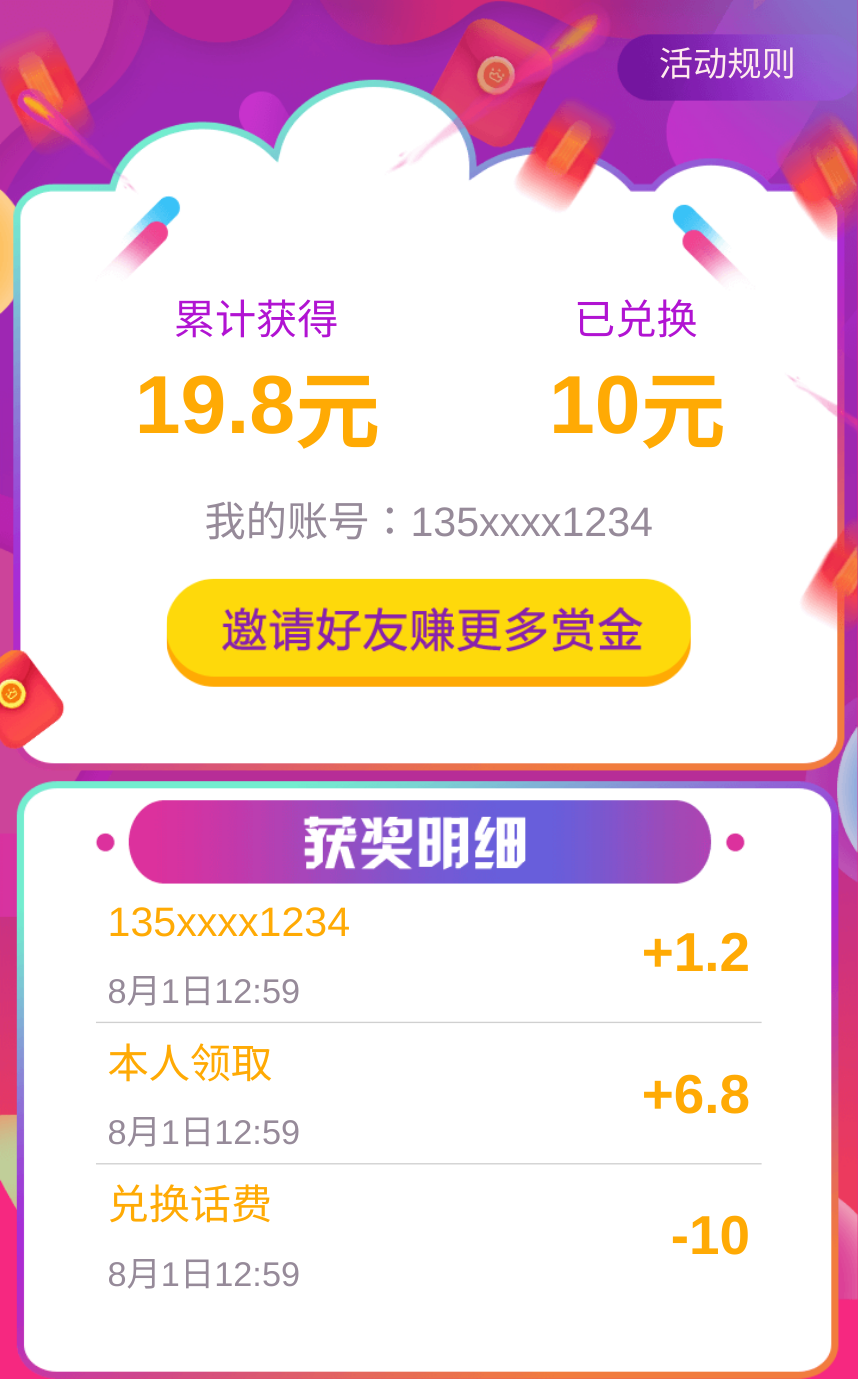
Repository: wangbiaozy/hb
Page: index_hjmx.html
These files come from the project's save history. The page is drawn as it stood at one moment and after the next save; the edit follows.
The browser window is 1280 px wide. The pictures show the whole page, at 67% of full size.

Above is the page before, as saved 2018-08-16 11:14:06.

### index_hjmx.html
<!DOCTYPE html>
<html lang="en">
<head>
    <meta charset="UTF-8">
    <meta name="viewport" content="width=device-width, initial-scale=1.0, maximum-scale=1.0, minimum-scale=1.0, user-scalable=no, viewport-fit=cover">
    <meta http-equiv="X-UA-Compatible" content="ie=edge">
    <title>Document</title>
    <link rel="stylesheet" href="css/reset.min.css">
    <link rel="stylesheet/less" href="css/styles_1.less">
    <script src="js/less-1.7.0.min.js"></script>
</head>
<body>
    <section class="main">
        <a id="rule_btn" href="javascript:void(0)">活动规则</a>
        <!-- 获奖明细页 -->
        <div class="detail">
            <div>
                <ul>
                    <li>累计获得</li>
                    <li><span>19.8</span>元</li>
                </ul>
                <ul>
                    <li>已兑换</li>
                    <li><span>10</span>元</li>
                </ul>
            </div>
            <p>我的账号：<span>135xxxx1234</span></p>
            <a href="javascript:void(0)"></a>
            <ul>
                <li>
                    <p>135xxxx1234</p>
                    <p><span>8月1日</span><span>12:59</span></p>
                    <h3>+1.2</h3>
                </li>
                <li>
                    <p>本人领取</p>
                    <p><span>8月1日</span><span>12:59</span></p>
                    <h3>+6.8</h3>
                </li>
                <li>
                    <p>兑换话费</p>
                    <p><span>8月1日</span><span>12:59</span></p>
                    <h3>-10</h3>
                </li>
            </ul>
        </div>
    </section>

    <!-- 活动规则弹窗 -->
    <section class="rule">
        <a href="javascript:void(0)"></a>
        <ul>
            <li>1.活动期间，用户通过10086App开屏页，首页轮播图进入活动，领取10元的话费红包。自己可拆开随机金，剩余金额需分享并邀请好友帮忙拆开，每位可帮忙拆开随机金额，全部拆完即可兑换话费。</li>
            <li>2.邀请拆  红包的好友需为新注册10086App的用户，好友在活动页面输入邀请人的邀请码才能成功帮好友拆开红包，好友帮助拆开红包后同时可获得一个话费红包。</li>
            <li>3.用户需在当前红包全部拆完后，才可开启下一个红包。</li>
            <li>4.活动期间一经发现违规等恶意操作等作弊行为将取消获奖资格。</li>
            <li>5.活动期间，用户需持续下载并的登陆110086App，否则话费奖品无法发放。</li>
        </ul>
        <a href="javascript:void(0)"></a>
    </section>
    <!-- 遮罩层 -->
    <section class="mask" id="mask"></section>
</body>
</html>
<script src="js/jquery-1.10.1.min.js"></script>
<script src="js/index.js"></script>

### css/reset.min.css
@charset "utf-8";
/*默认样式清除和初始化*/
body,h1,h2,h3,h4,h5,h6,hr,p,blockquote,dl,dt,dd,ul,ol,li,button,input,textarea,th,td{margin:0;padding:0}body{font-size:12px;font-style:normal;font-family:"\5FAE\8F6F\96C5\9ED1",Helvetica,sans-serif}small{font-size:12px}h1{font-size:18px}h2{font-size:16px}h3{font-size:14px}h4,h5,h6{font-size:100%}ul,ol{list-style:none}a{text-decoration:none;background-color:transparent}a:hover,a:active{outline-width:0;text-decoration:none}table{border-collapse:collapse;border-spacing:0}hr{border:0;height:1px}img{border-style:none}img:not([src]){display:none}svg:not(:root){overflow:hidden}html{-webkit-touch-callout:none;-webkit-text-size-adjust:100%}input,textarea,button,a{-webkit-tap-highlight-color:rgba(0,0,0,0)}article,aside,details,figcaption,figure,footer,header,main,menu,nav,section,summary{display:block}audio,canvas,progress,video{display:inline-block}audio:not([controls]),video:not([controls]){display:none;height:0}progress{vertical-align:baseline}mark{background-color:#ff0;color:#000}sub,sup{position:relative;font-size:75%;line-height:0;vertical-align:baseline}sub{bottom:-0.25em}sup{top:-0.5em}button,input,select,textarea{font-size:100%;outline:0}button,input{overflow:visible}button,select{text-transform:none}textarea{overflow:auto}button,html [type="button"],[type="reset"],[type="submit"]{-webkit-appearance:button}button::-moz-focus-inner,[type="button"]::-moz-focus-inner,[type="reset"]::-moz-focus-inner,[type="submit"]::-moz-focus-inner{border-style:none;padding:0}button:-moz-focusring,[type="button"]:-moz-focusring,[type="reset"]:-moz-focusring,[type="submit"]:-moz-focusring{outline:1px dotted ButtonText}[type="checkbox"],[type="radio"]{box-sizing:border-box;padding:0}[type="number"]::-webkit-inner-spin-button,[type="number"]::-webkit-outer-spin-button{height:auto}[type="search"]{-webkit-appearance:textfield;outline-offset:-2px}[type="search"]::-webkit-search-cancel-button,[type="search"]::-webkit-search-decoration{-webkit-appearance:none}::-webkit-input-placeholder{color:inherit;opacity:.54}::-webkit-file-upload-button{-webkit-appearance:button;font:inherit}.clear:after{display:block;height:0;content:"";clear:both}
*{ -webkit-tap-highlight-color: rgba(0,0,0,0);-webkit-tap-highlight-color: transparent; /* For some Androids */ }

### js/index.js
(function (doc, win) {
    var docEl = doc.documentElement,
        resizeEvt = 'orientationchange' in window ? 'orientationchange' : 'resize',
        recalc = function () {
            var clientWidth = docEl.clientWidth;
            if (!clientWidth) return;
            docEl.style.fontSize = 100 * (clientWidth / 750) + 'px';
        };
    if (!doc.addEventListener) return;
    win.addEventListener(resizeEvt, recalc, false);
    doc.addEventListener('DOMContentLoaded', recalc, false);
})(document, window);
$(function () {

    //显示非中奖页背景
    function showFirstPageBg(){
        $('.main').removeClass('result');
    }
    //显示中奖页背景
    function showResultPageBg(){
        $('.main').addClass('result');
    }
    //显示活动规则弹窗
    $('#rule_btn').on('click',function(){
        $('.rule').show();
        showMask();
    });
    //关闭活动规则弹窗
    function hideRuleModel(){
        $('.rule').hide();
        hideMask();
    }
    $('.rule').on('click','a',function(){
        hideRuleModel();
    });
    //首页赚钱攻略按钮
    $('#gl_btn').on('click',function(){
        $('.gl').show();
        showMask();
    })
    //首页抽红包按钮
    $('#cj').on('click',function(){
        //奖品金额随机数
        var num = (Math.random()*9+1).toFixed(2);
        $('#moneyText').text(num);
        $('.result').show();
        $('.f_page').hide();
        showResultPageBg();
    });

    //显示弹窗
    function showModel(){
        $('.model').show();
        showMask();
    }

    //关闭弹窗
    $('.close').on('click',function(){
        $(this).parent().parent().hide();
        hideMask();
    });
    //显示遮罩层
    function showMask(){
        $("#mask").css("height",$(document).height());
        $("#mask").css("width",$(document).width());
        $("#mask").show();
        $('body').css('position','fixed');
    }
    //隐藏遮罩层
    function hideMask(){
        $("#mask").hide();
        $('body').css('position','unset');
    }
});

Loaded but not shown: js/less-1.7.0.min.js (library); js/jquery-1.10.1.min.js (library)

After the next save:
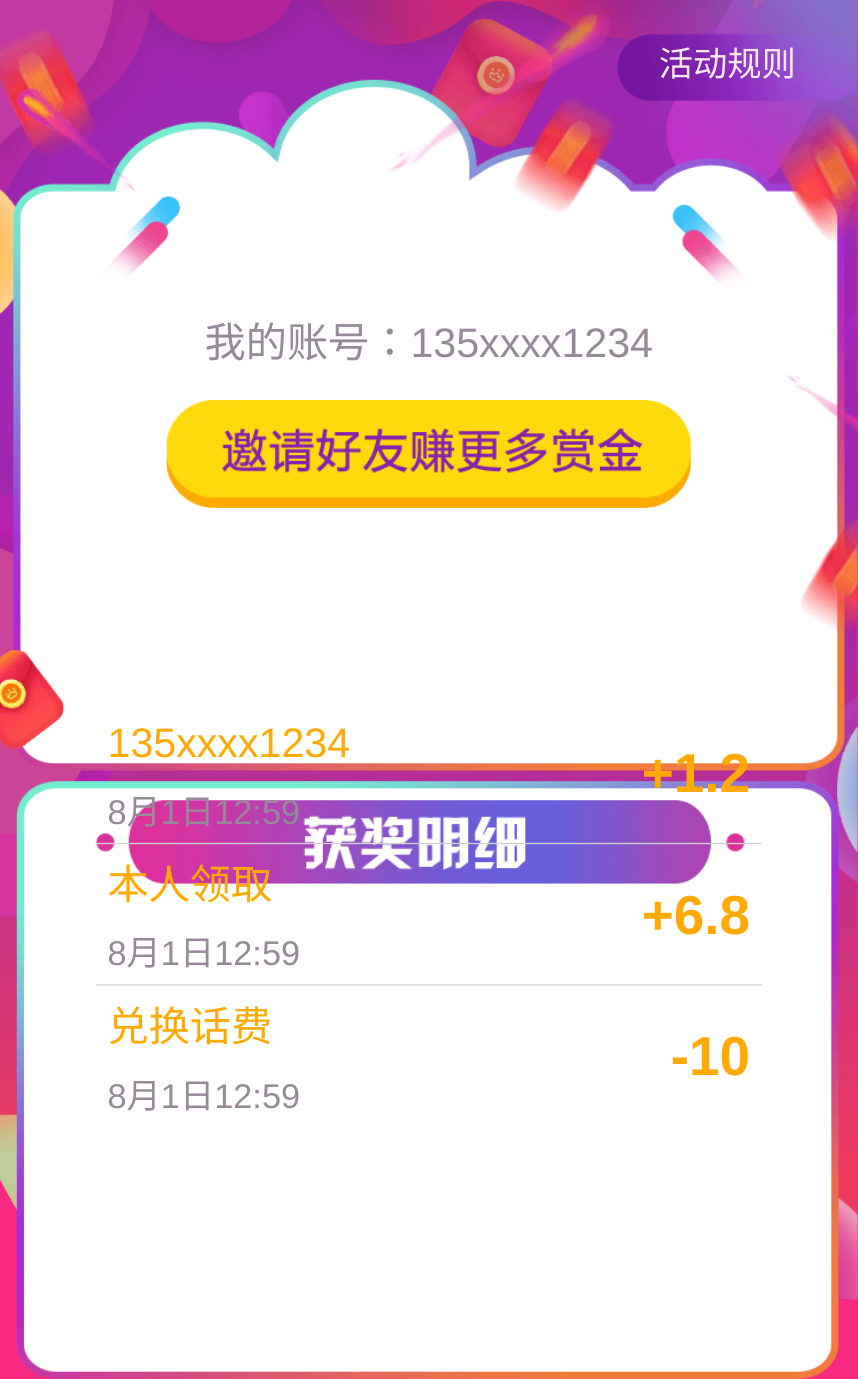
Saved 47 s later.
--- a/index_hjmx.html
+++ b/index_hjmx.html
@@ -14,16 +14,6 @@
         <a id="rule_btn" href="javascript:void(0)">活动规则</a>
         <!-- 获奖明细页 -->
         <div class="detail">
-            <div>
-                <ul>
-                    <li>累计获得</li>
-                    <li><span>19.8</span>元</li>
-                </ul>
-                <ul>
-                    <li>已兑换</li>
-                    <li><span>10</span>元</li>
-                </ul>
-            </div>
             <p>我的账号：<span>135xxxx1234</span></p>
             <a href="javascript:void(0)"></a>
             <ul>
